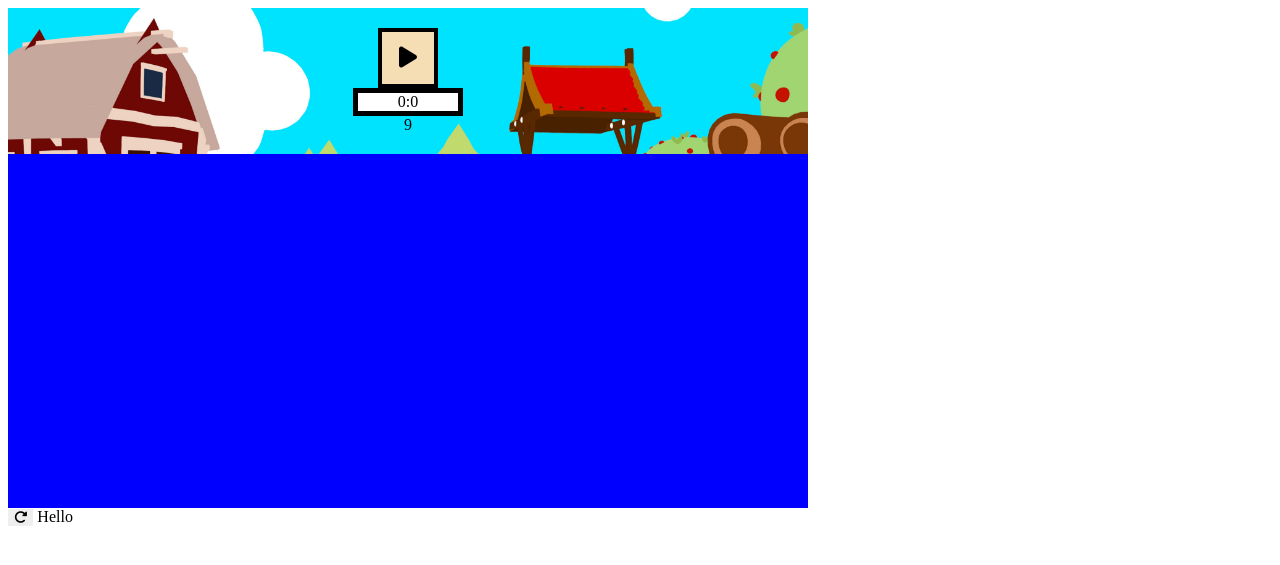
Repository: yoon-dh/JS_Prac
Page: carrot_game/index.html
These files come from the project's save history. The page is drawn as it stood at one moment and after the next save; the edit follows.
The browser window is 1280 px wide. The pictures show the whole page.
Some web libraries are served in a nearby version.

Above is the page before, as saved 2023-06-23 21:48:42.

After the next save:
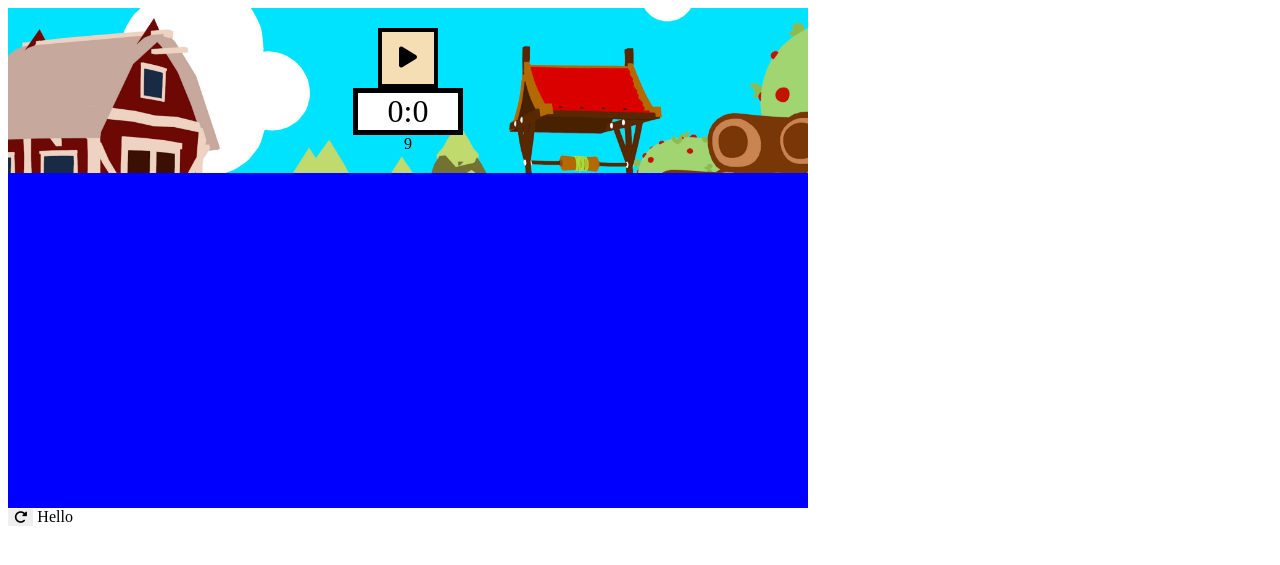
Saved 6 s later.
--- a/carrot_game/style.css
+++ b/carrot_game/style.css
@@ -37,6 +37,7 @@ button {
   background-color: white;
   text-align: center;
   border: 5px solid black;
+  font-size: 32px;
 }
 
 .game__field {
